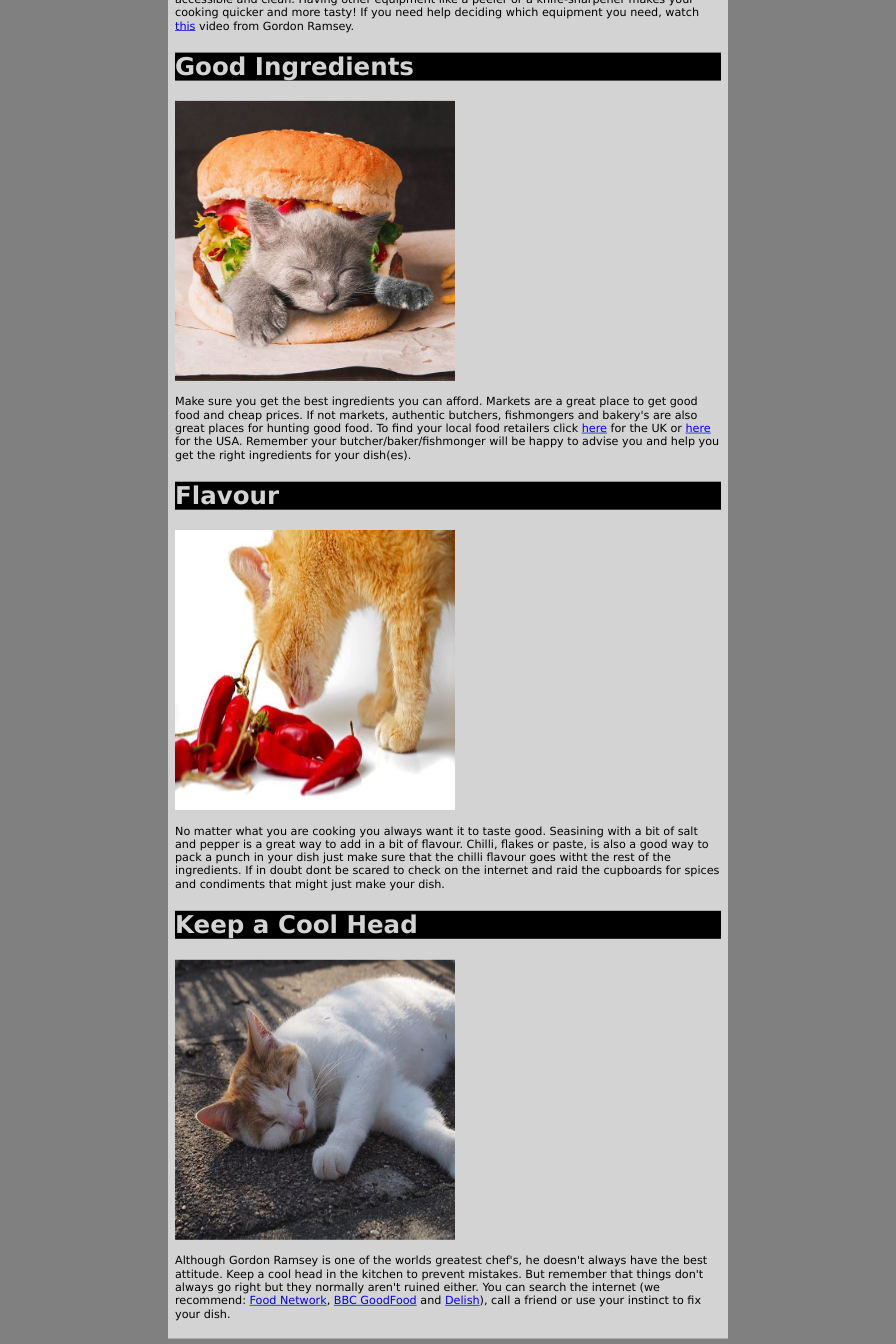
Repository: evamaltby/catsandcooking
Page: index.html
The author's editor kept a record of every edit. The page is drawn from the files as they stood at one moment, then again after the next edit.
The browser window is 1280 px wide. The pictures show the part of the page from y = 923 to 2843 px (the page is 2843 px tall), at 70% of full size.

Above is the page before.
Not found: css/normalize.css

After the next edit:
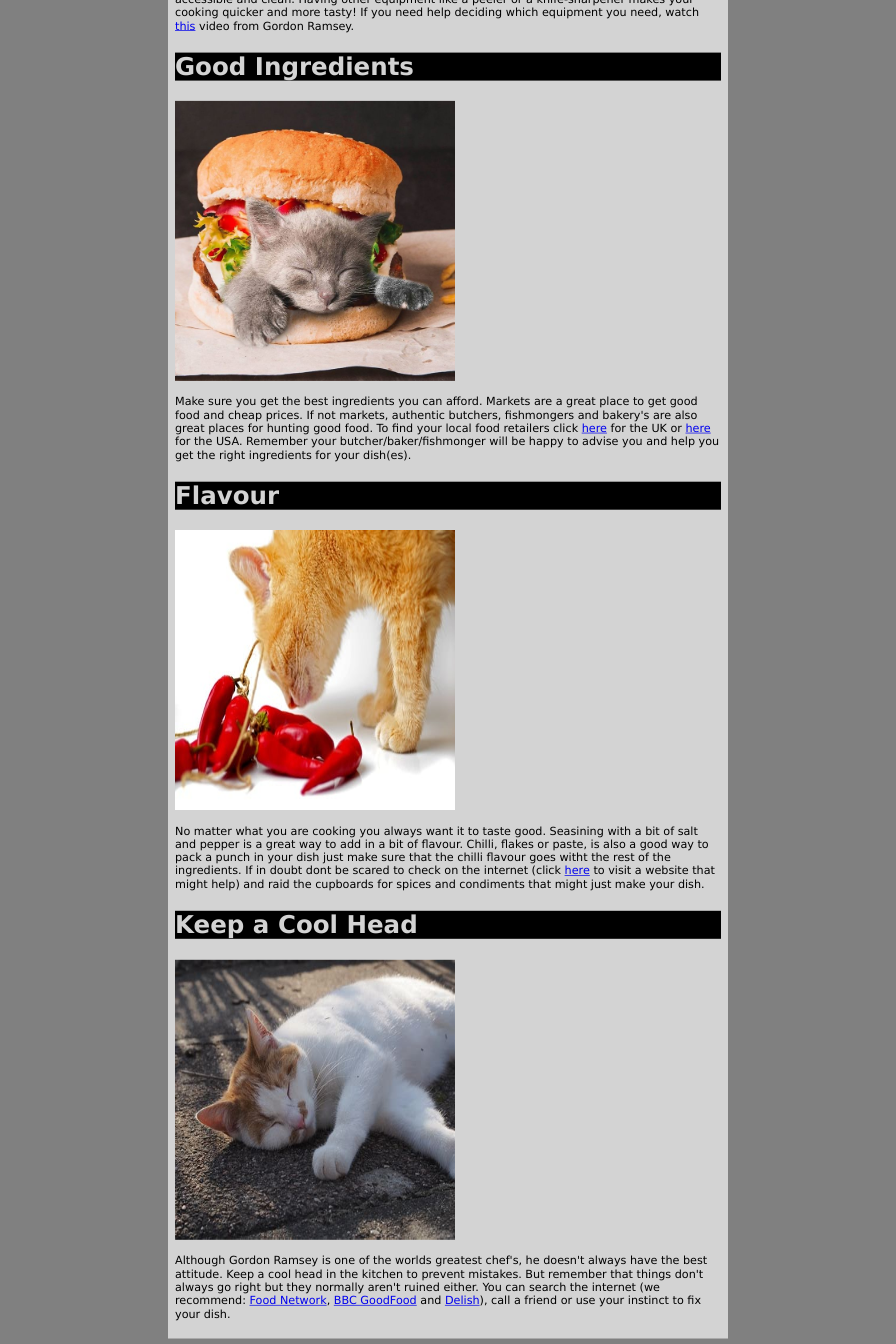
The edit:
--- a/index.html
+++ b/index.html
@@ -61,7 +61,7 @@
             Chilli, flakes or paste, is also a good way to pack a
             punch in your dish just make sure that the chilli
             flavour goes witht the rest of the ingredients.
-            If in doubt dont be scared to check on the internet
+            If in doubt dont be scared to check on the internet (click <a href="https://www.eatright.org/food/planning-and-prep/cooking-tips-and-trends/enhancing-the-flavor-of-your-meals" target="_blank">here</a> to visit a website that might help)
             and raid the cupboards for spices and condiments that
             might just make your dish. </p>
 
